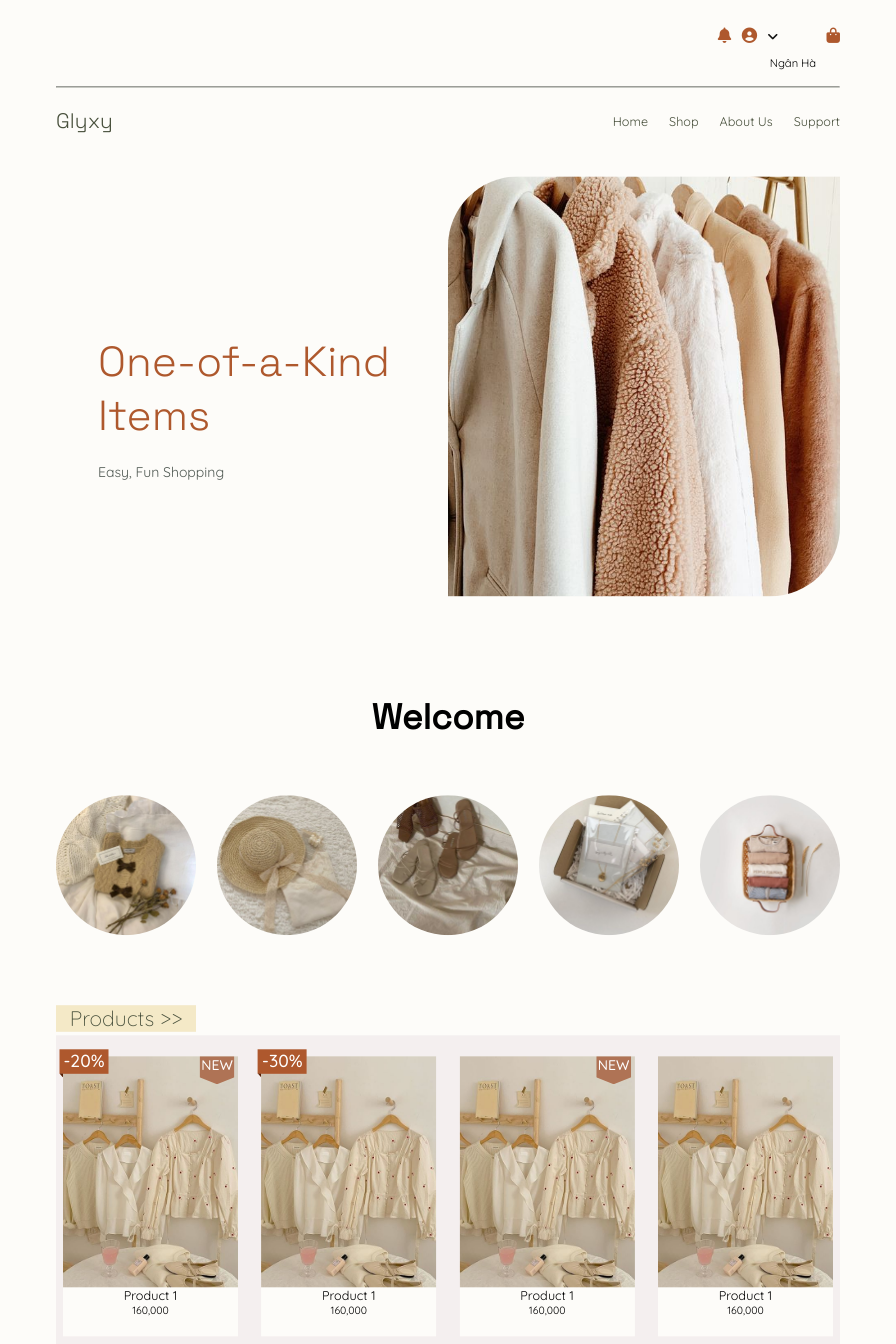
Repository: nganha241/store
Page: index.html
These files come from the project's save history. The page is drawn as it stood at one moment and after the next save; the edit follows.
The browser window is 1280 px wide. The pictures show the part of the page from y = 0 to 1920 px (the page is 4627 px tall before and 4667 px after), at 70% of full size.
Some web libraries are served in a nearby version.

Above is the page before, as saved 2022-04-19 15:08:41.

After the next save:
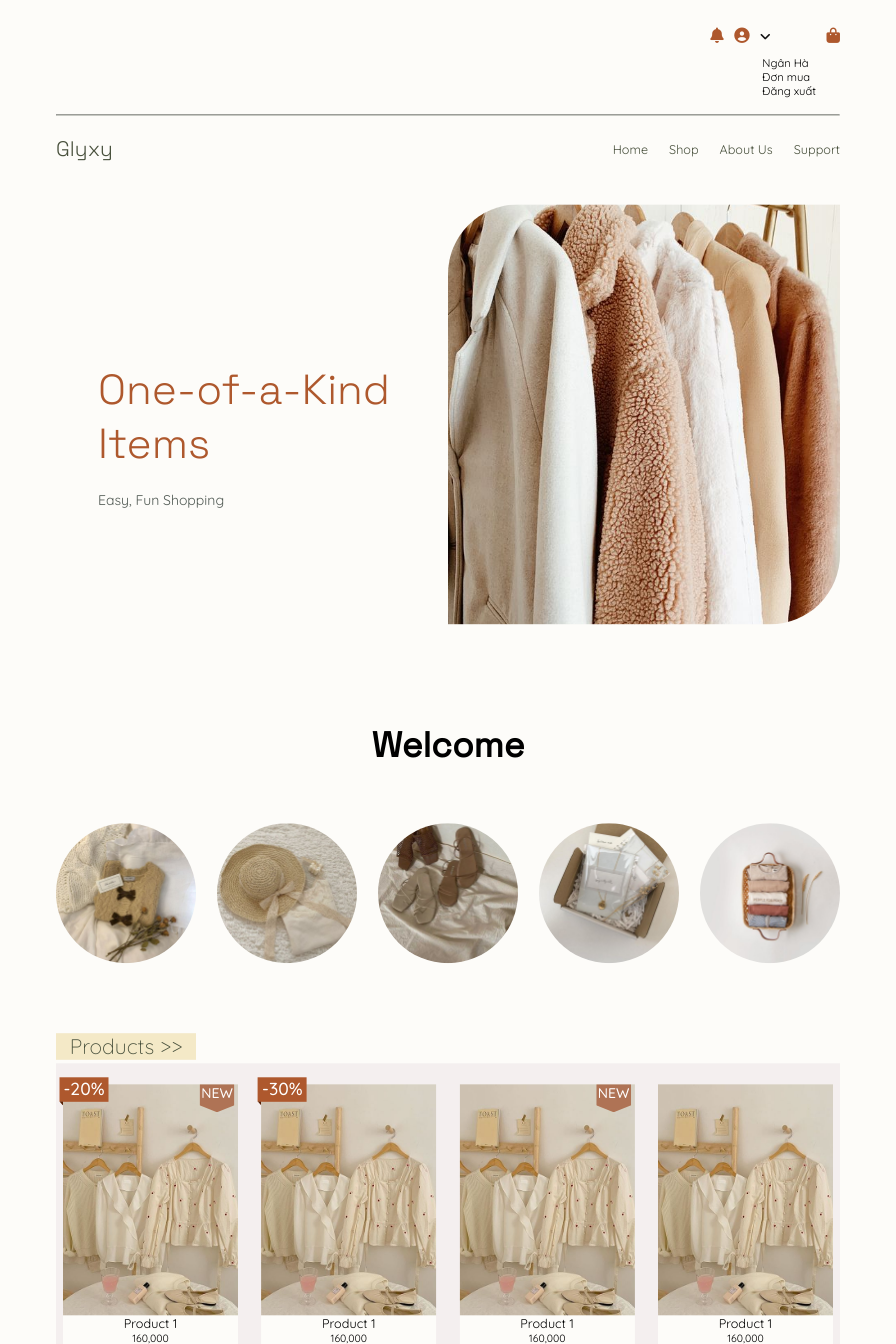
Saved 35 s later.
--- a/index.html
+++ b/index.html
@@ -19,6 +19,8 @@
           <div class="acc-info">
             <ul>
               <li>Ngân Hà</li>
+              <li>Đơn mua</li>
+              <li>Đăng xuất</li>
             </ul>
           </div>
         </div>
